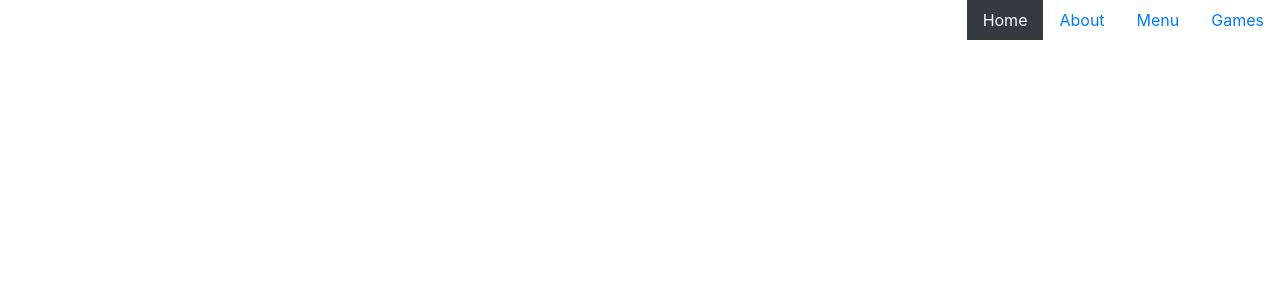
Repository: Code-Institute-Submissions/eleanorpro-milestoneproject1
Page: index.html
The author's editor kept a record of every edit. The page is drawn from the files as they stood at one moment, then again after the next edit.
The browser window is 1280 px wide. The pictures show the whole page.

Above is the page before.

### index.html
<!DOCTYPE html>
<html lang="en">

<head>
    <meta charset="UTF-8">
    <meta name="viewport" content="width=device-width, initial-scale=1.0 shrink-to-fit=no">
    <meta http-equiv="X-UA-Compatible" content="ie=edge">
    <link rel="stylesheet" href="https://stackpath.bootstrapcdn.com/bootstrap/4.3.1/css/bootstrap.min.css" integrity="sha384-ggOyR0iXCbMQv3Xipma34MD+dH/1fQ784/j6cY/iJTQUOhcWr7x9JvoRxT2MZw1T" crossorigin="anonymous">
    <link rel="stylesheet" href="css/style.css" type="text/css" />
    <title>The Dice People</title>
</head>

<body>
    <header>
        <nav>
            <ul class="nav justify-content-end">
                <li class="nav-item">
                    <a class="nav-link active text-light bg-dark" href="index.html">Home</a>
                </li>
                <li class="nav-item">
                    <a class="nav-link" href="#">About</a>
                </li>
                <li class="nav-item">
                    <a class="nav-link" href="#">Menu</a>
                </li>
                <li class="nav-item">
                    <a class="nav-link" href="#">Games</a>
                </li>
            </ul>
        </nav>
    </header>
    <section>

    </section>
    <footer>

    </footer>
</body>

</html>

### css/style.css
/*--------------------------------------Colours */



/*--------------------------------------Navigation */

nav {
    width: 100%;
}

.welcome-img {
    width: 100%;
    height 75%;
}

After the next edit:
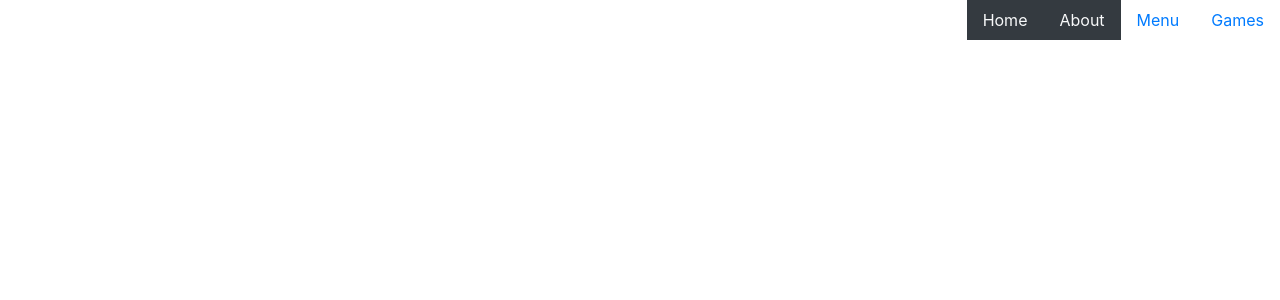
The edit:
--- a/index.html
+++ b/index.html
@@ -18,7 +18,7 @@
                     <a class="nav-link active text-light bg-dark" href="index.html">Home</a>
                 </li>
                 <li class="nav-item">
-                    <a class="nav-link" href="#">About</a>
+                    <a class="nav-link text-light bg-dark" href="#">About</a>
                 </li>
                 <li class="nav-item">
                     <a class="nav-link" href="#">Menu</a>
